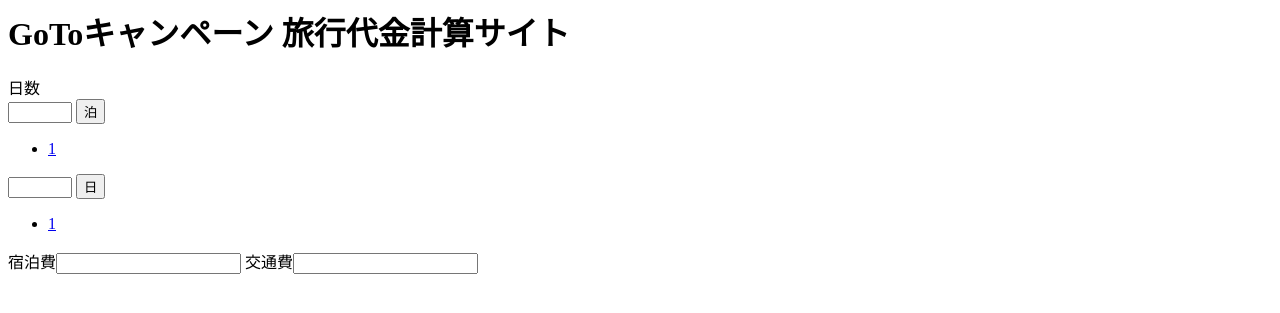
Repository: Ischca/ischca.github.io
Page: src/my-app.html
These files come from the project's save history. The page is drawn as it stood at one moment and after the next save; the edit follows.
The browser window is 1280 px wide. The pictures show the whole page.

Above is the page before, as saved 2020-10-02 14:11:42.

After the next save:
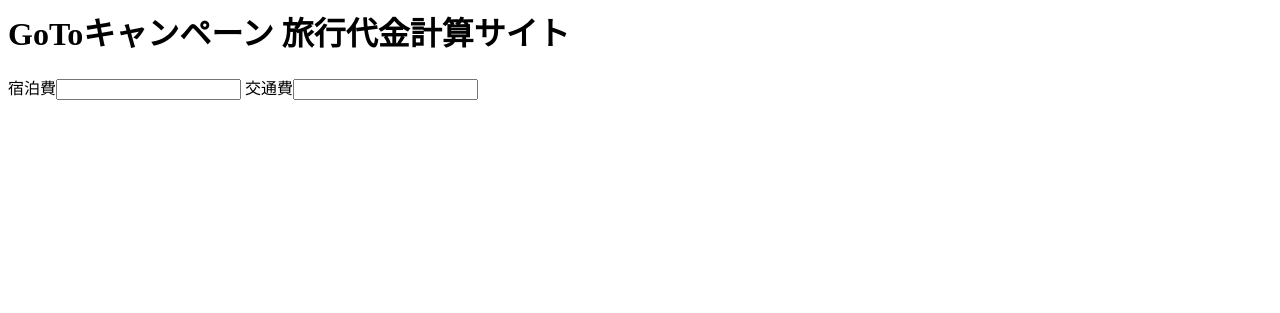
Saved 30 s later.
--- a/src/my-app.html
+++ b/src/my-app.html
@@ -1,33 +1,12 @@
+<import from="./nights"/>
+
 <div class="container">
 
     <div class="row">
         <h1 class="text-center">GoToキャンペーン 旅行代金計算サイト</h1>
     </div>
 
-    <div class="row">
-        <label for="staticEmail" class="col-sm-auto col-form-label">日数</label>
-        <div class="col-sm-2">
-            <div class="input-group mb-3">
-                <input type="number" class="form-control" min="1" max="100">
-                <button class="btn btn-outline-secondary dropdown-toggle" type="button" data-toggle="dropdown"
-                    aria-expanded="false">泊</button>
-                <ul class="dropdown-menu dropdown-menu-right">
-                    <li><a class="dropdown-item" href="#">1</a></li>
-                </ul>
-            </div>
-        </div>
 
-        <div class="col-sm-2">
-            <div class="input-group mb-3">
-                <input type="number" class="form-control" min="1" max="100">
-                <button class="btn btn-outline-secondary dropdown-toggle" type="button" data-toggle="dropdown"
-                    aria-expanded="false">日</button>
-                <ul class="dropdown-menu dropdown-menu-right">
-                    <li><a class="dropdown-item" href="#">1</a></li>
-                </ul>
-            </div>
-        </div>
-    </div>
 
     宿泊費<input type="number" />
 
